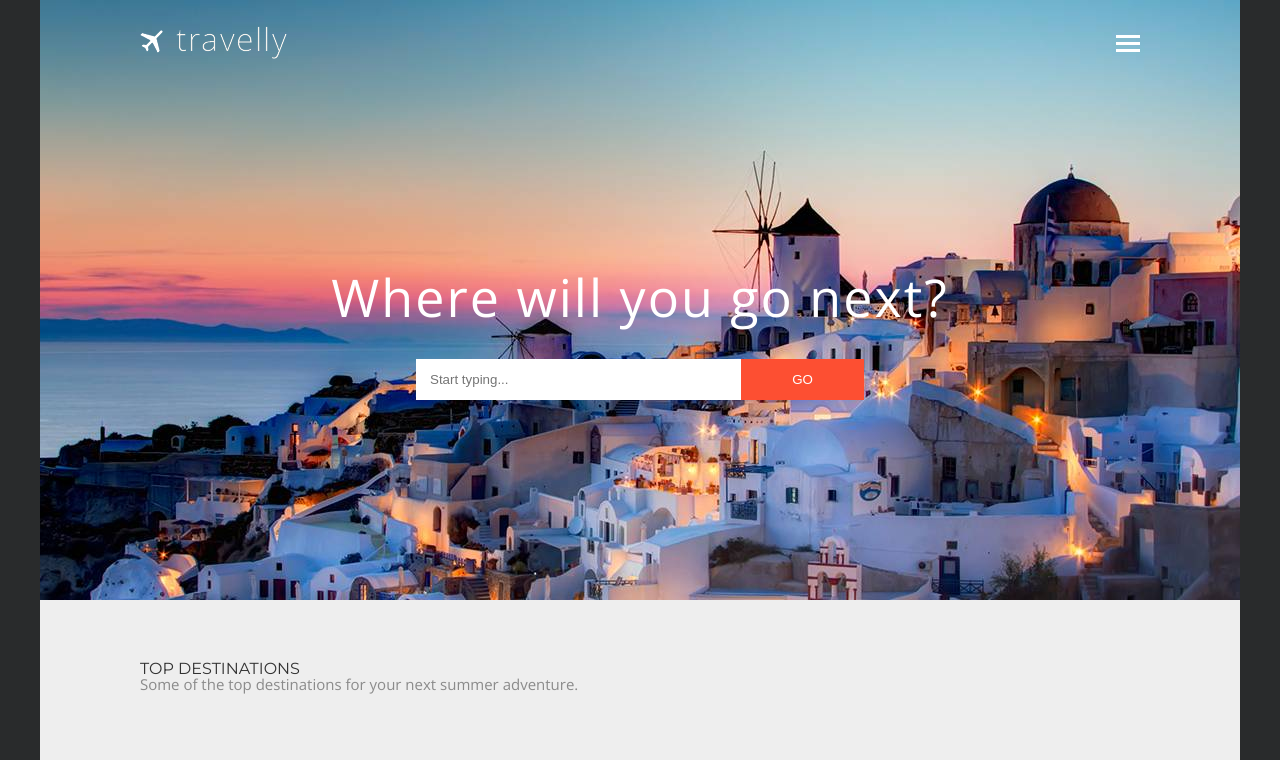
Repository: YusifHasanov/Web-Page-Template
Page: index.html
The author's editor kept a copy of each file at every save. The page is drawn from the files as they stood at one save, then again after the next save.
The browser window is 1280 px wide. The pictures show the whole page.

Above is the page before, as saved 2021-12-05 21:13:31.

After the next save:
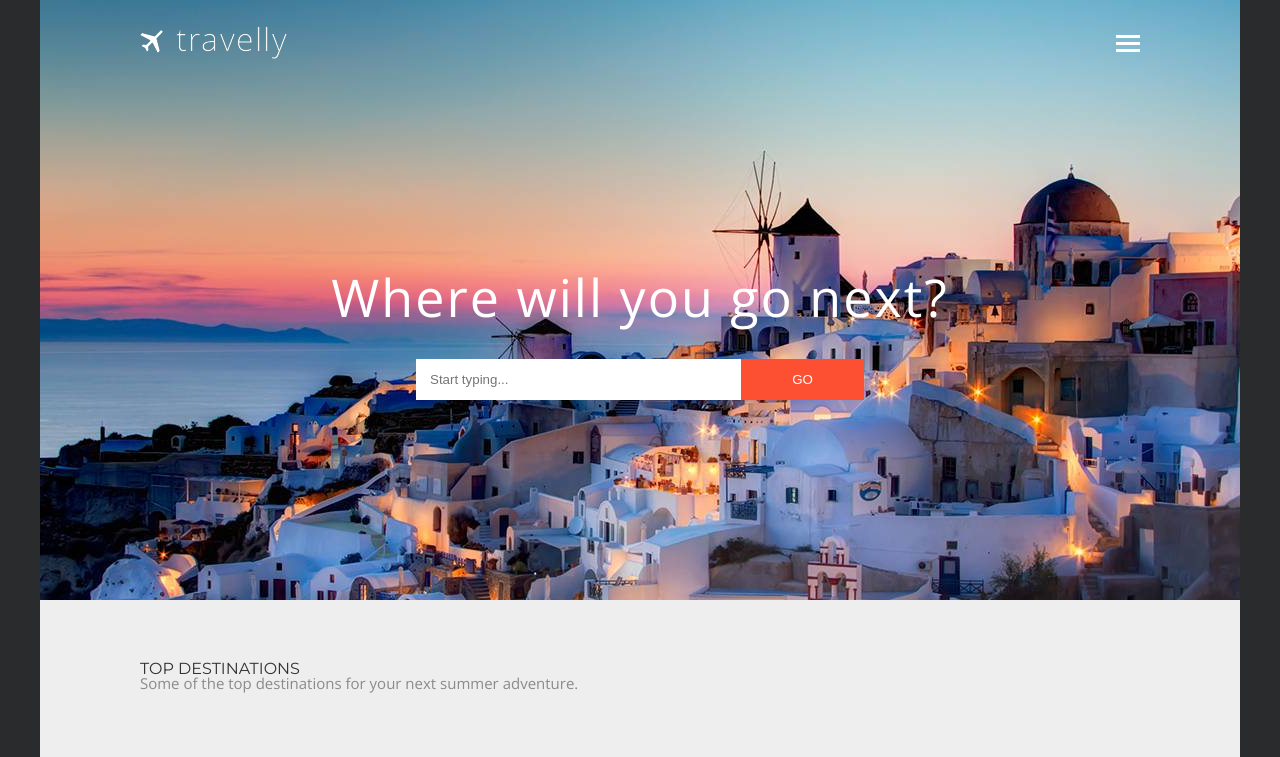
Saved 17 s later.
--- a/css/style.css
+++ b/css/style.css
@@ -101,5 +101,5 @@ button[type='submit'] {
   color: #8b8b8b;
   font-weight: 400;
   font-family: 'Open Sans', sans-serif;
-  line-height: 13px;
+  line-height: 10px;
 }
